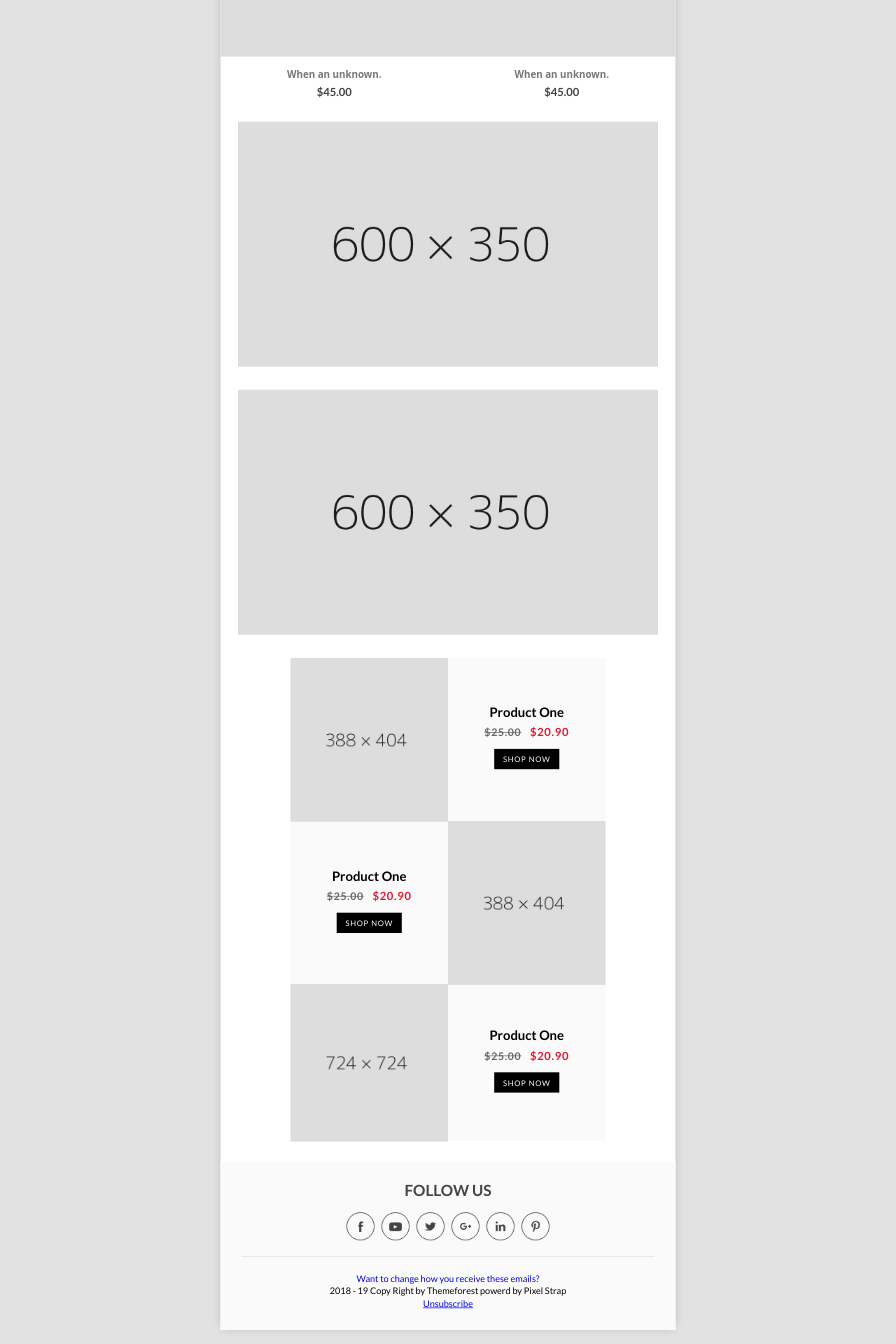
Repository: Idevz-sys/icespice-marketplace-front
Page: email-template/email-template-two.html
The author's editor kept a copy of each file at every save. The page is drawn from the files as they stood at one save, then again after the next save.
The browser window is 1280 px wide. The pictures show the part of the page from y = 847 to 2767 px (the page is 2767 px tall before and 2656 px after), at 70% of full size.

Above is the page before, as saved 2022-04-12 17:07:57.

After the next save:
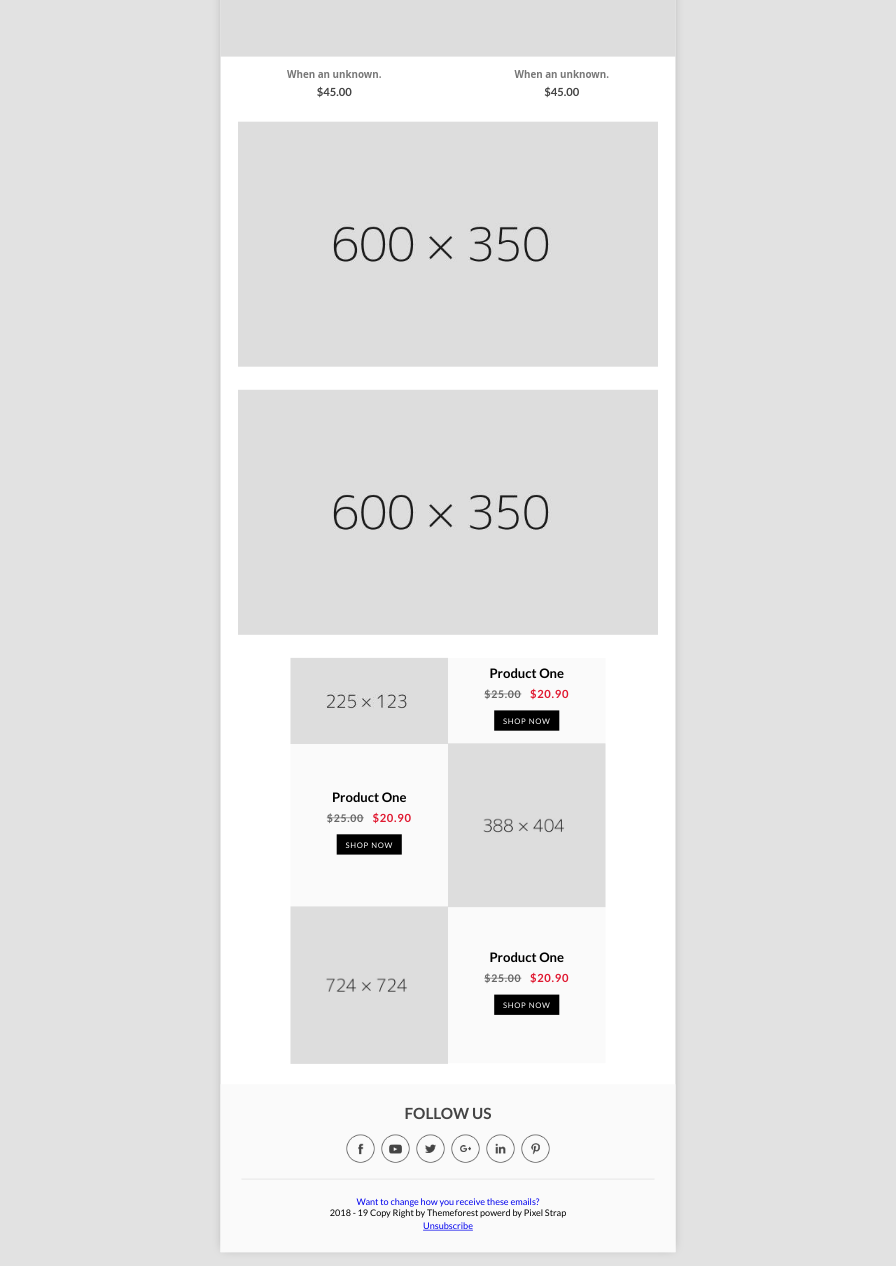
Saved 21 s later.
--- a/email-template/email-template-two.html
+++ b/email-template/email-template-two.html
@@ -239,7 +239,7 @@
                     width="100%" style="max-width:450px;">
                     <tr>
                         <td align="center" style="width: 40%;">
-                            <img src="images/8.jpg" alt="" style="width: 225px;margin-bottom: -4px;">
+                            <img src="images/banner/8.jpg" alt="" style="width: 225px;margin-bottom: -4px;">
                         </td>
                         <td align="center" style="background-color: #fafafa;width: 60%;">
                             <h3 style="margin: 0;">Product One</h3>
